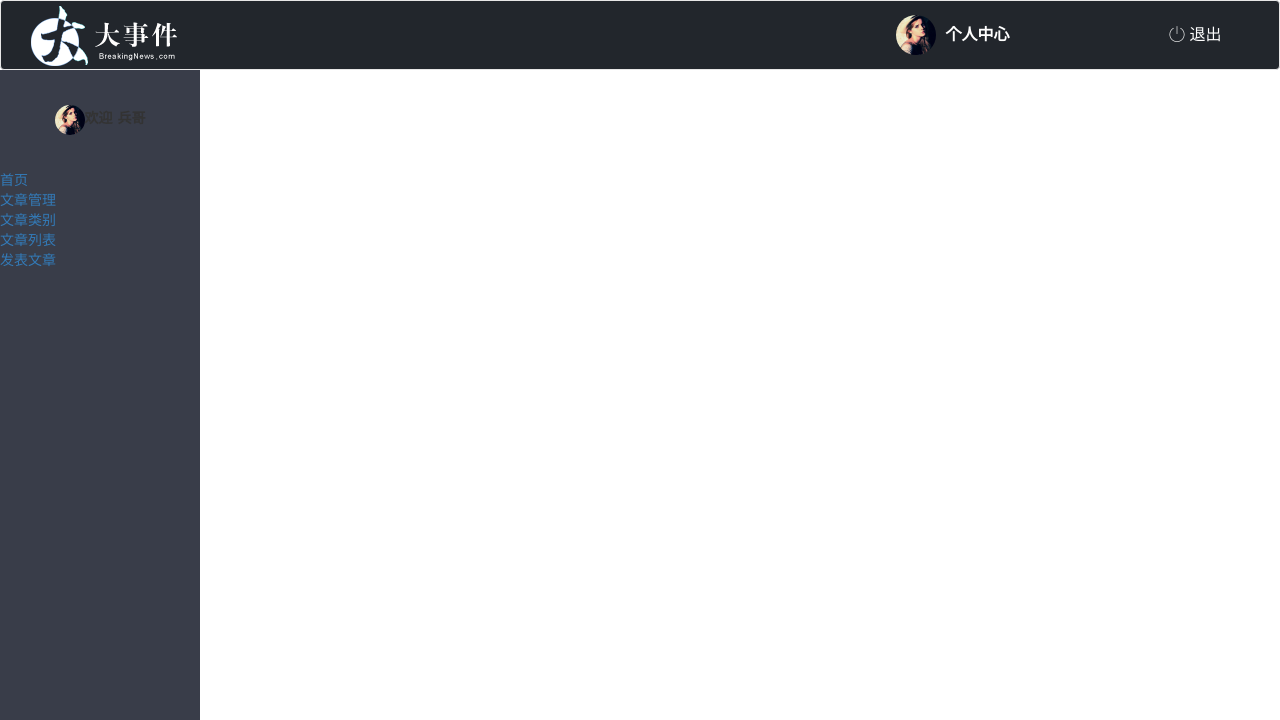
Repository: pursuit-YHP/project_dashijian
Page: index.html
An editor plug-in stored every save of this project. The page is shown before and after the next save, followed by the edit.
The browser window is 1280 px wide. The pictures show the whole page.
The style sheet was rebuilt from its Sass, Less or Tailwind sources for each picture, by a compiler version that may differ from the author's.

Above is the page before, as saved 2022-03-13 20:29:39.

### index.html
<!DOCTYPE html>
<html lang="en">

<head>
    <meta charset="UTF-8">
    <meta http-equiv="X-UA-Compatible" content="IE=edge">
    <meta name="viewport" content="width=device-width, initial-scale=1.0">
    <title>Document</title>
    <link rel="stylesheet" href="./assets/css/index.css">
    <link rel="stylesheet" href="./assets/lib/bootstrap.css">
    <link rel="stylesheet" href="./assets/fonts/iconfont.css">
</head>

<body>
    <!-- 头部 -->
    <nav class="navbar navbar-default">
        <div class="container-fluid">
            <div class="navbar-header">
                <a class="navbar-brand" href="#">
                    <img alt="Brand" src="./assets/images/logo.png">
                </a>
            </div>
            <div class="setting">
                <div class="tx_zoom">
                    <div class="touxiang"></div>
                    <label class="myzoon">个人中心</label>
                </div>
                <div class="unlogin">
                    <span class="iconfont icon-tuichu"></span>
                    <span>退出</span>
                </div>
            </div>
        </div>

    </nav>
    <!-- 侧边导航栏 -->
    <aside>
        <div class="aside_head">
            <span></span>
            <label for="">欢迎 </label>
            <label for="" style="margin-left: 5px;"> 兵哥</label>
        </div>
        <div class="aside_body">
            <ul>
                <li>
                    <a href="javascript:;">首页</a>
                </li>
                <li><a href="javasecipt:;">文章管理</a></li>
                <ul>
                    <li><a href="">文章类别</a></li>
                    <li><a href="">文章列表</a></li>
                    <li><a href="">发表文章</a></li>
                </ul>
                <li></li>
            </ul>
        </div>
    </aside>
    <!-- 中心区域 -->
</body>

</html>

### assets/css/index.less
*{
    padding: 0;
    margin: 0;
}
.navbar-default{
    height: 70px;
    background-color: rgba(34, 38, 44)!important;

    img{
        margin-left: 15px;
        margin-top: -10px;
    }
}
.setting{
    width: 30%;
    height: 100%;
    position: absolute;
    top: 0;
    right: 0;
    display: flex;
    align-items: center;
    justify-content: space-around;
}
.tx_zoom{
    flex:1;
    display: flex;
    align-items: center;
}
.touxiang{
    display: inline-block;
    width: 40px;
    height: 40px;
    border-radius: 50%;
    background: url(../images/sample.jpg) no-repeat center;
    background-size: 40px auto;
}
.myzoon{
    display: inline-block;
    margin-left: 10px;
    color: white;
    font-size: 16px;
    margin-bottom: 0;
}
.unlogin{
    width: 80px;
    margin-right: 30px;
    color: white;
    font-size: 16px;
}

aside{
    position: fixed;
    left: 0;
    top: 70px;
    width: 200px;
    height: 100%;
    background-color: #393D49;
}
.aside_head{
    width: 100%;
    height: 100px;
    line-height: 100px;
    text-align: center;
    display: flex;
    align-items: center;
    justify-content: center;
    span{
        display: inline-block;
        width: 30px;
        height: 30px;
        border-radius: 50%;
        background: url(../images/sample.jpg) no-repeat center;
        background-size: 30px;
    }
}

Loaded but not shown: assets/lib/bootstrap.css (library); assets/fonts/iconfont.css (common file)

After the next save:
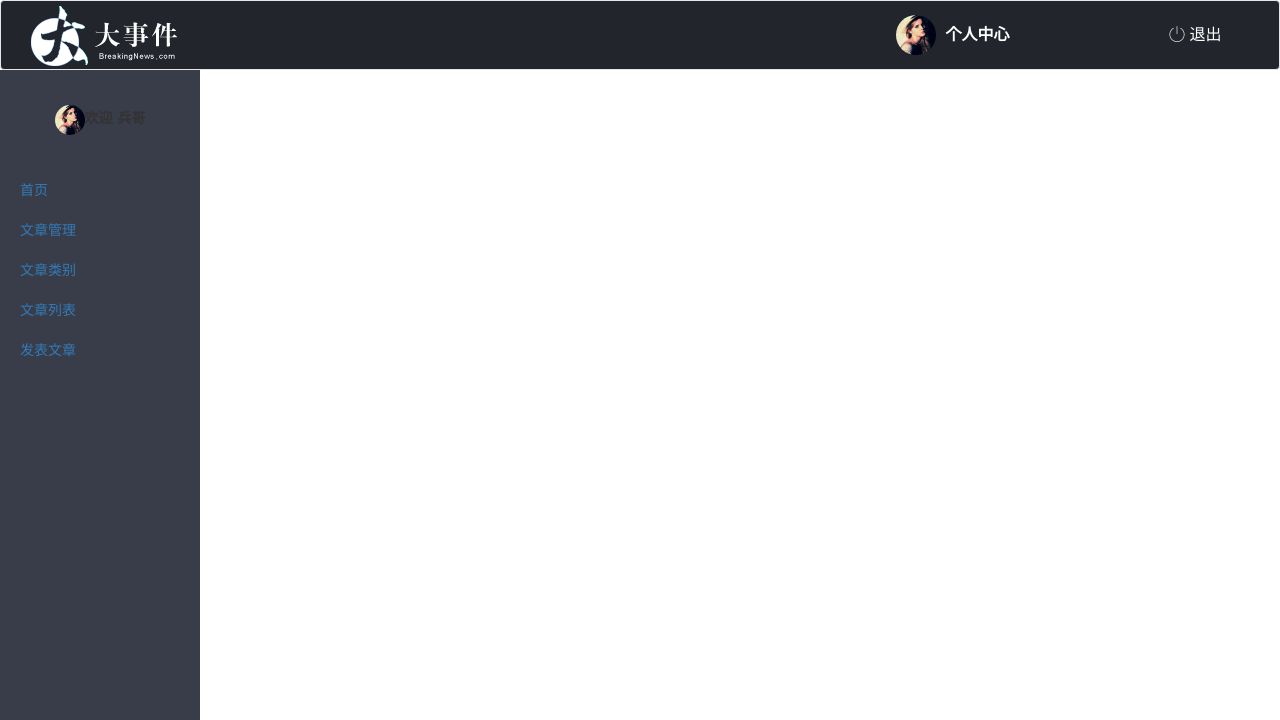
Saved 28 s later.
--- a/assets/css/index.less
+++ b/assets/css/index.less
@@ -73,3 +73,8 @@ aside{
         background-size: 30px;
     }
 }
+.aside_body{
+    li{
+        padding: 10px 20px;
+    }
+}
